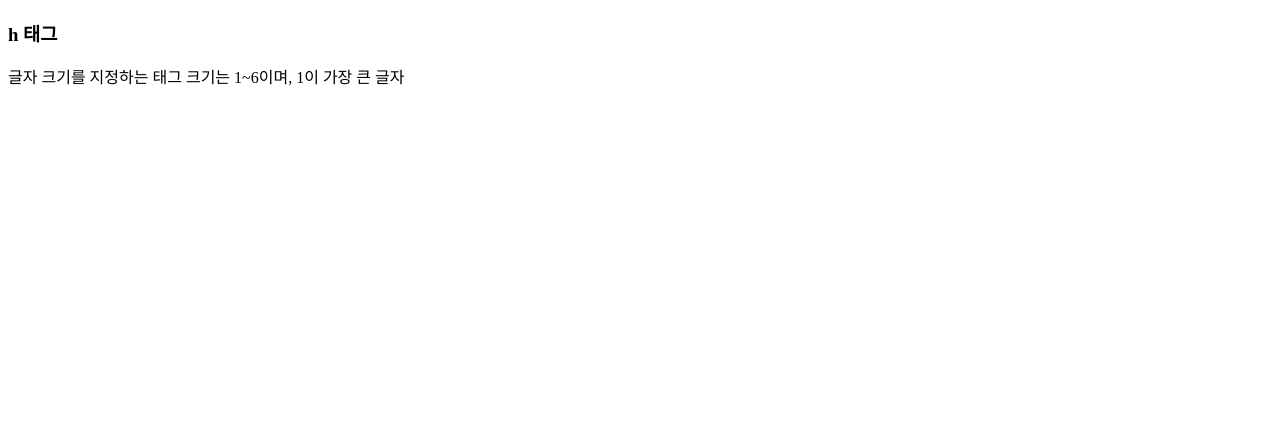
Repository: JiYoon0712/HTML_CSS_javascript
Page: work/study/src/main/webapp/htmlEx/ch02/ex02_h.html
The author's editor kept a copy of each file at every save. The page is drawn from the files as they stood at one save, then again after a run of saves.
The browser window is 1280 px wide. The pictures show the whole page.

Above is the page before, as saved 2023-04-03 01:40:16.

After the next 2 saves:
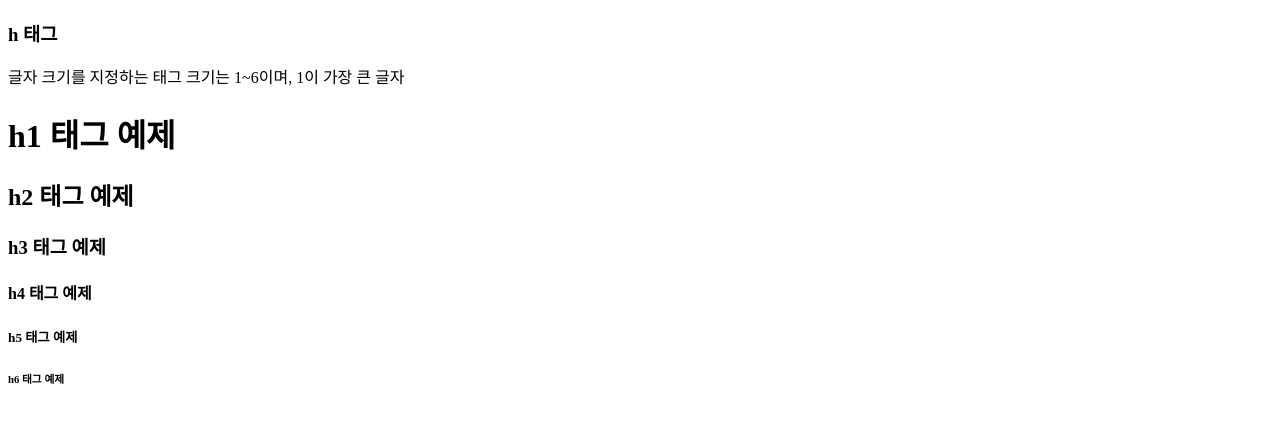
The 2 saves are shown as one change because they came seconds apart.
The last was saved 38 s later.
--- a/work/study/src/main/webapp/htmlEx/ch02/ex02_h.html
+++ b/work/study/src/main/webapp/htmlEx/ch02/ex02_h.html
@@ -12,6 +12,14 @@
 	 크기는 1~6이며, 1이 가장 큰 글자
 </p>
 
+<h1>h1 태그 예제</h1>
+<h2>h2 태그 예제</h2>
+<h3>h3 태그 예제</h3>
+<h4>h4 태그 예제</h4>
+<h5>h5 태그 예제</h5>
+<h6>h6 태그 예제</h6>
+
+
 
 </body>
 </html>
